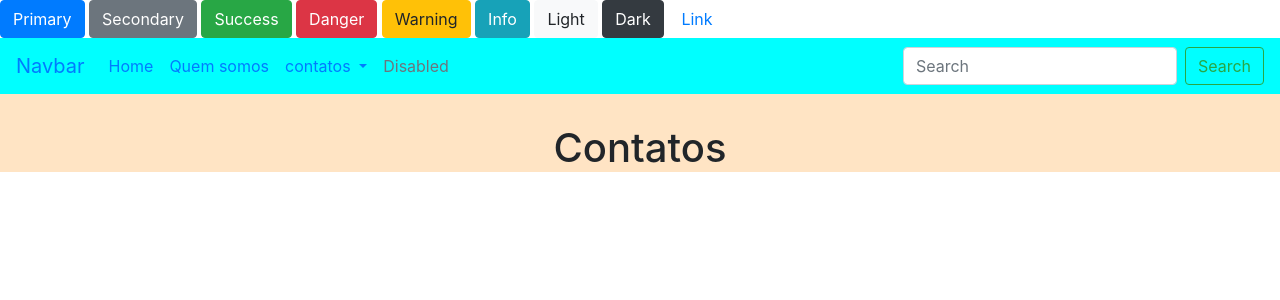
Repository: DaniloBaracho/bootstrap
Page: index.html
These files come from the project's save history. The page is drawn as it stood at one moment and after the next save; the edit follows.
The browser window is 1280 px wide. The pictures show the whole page.

Above is the page before, as saved 2020-05-31 17:20:58.

### index.html
<!DOCTYPE html>
<html lang="pt-br">
    <head>
        <meta charset="utf-8">
        <title>
            Usando bootstrap
        </title>
        <link rel="stylesheet", type="text/css", href="bootstrap/css/bootstrap.min.css">
        <link rel="stylesheet", type="text/css", href="css/style.css">
    </head>
    <body>
        <button type="button" class="btn btn-primary">Primary</button>
        <button type="button" class="btn btn-secondary">Secondary</button>
        <button type="button" class="btn btn-success">Success</button>
        <button type="button" class="btn btn-danger">Danger</button>
        <button type="button" class="btn btn-warning">Warning</button>
        <button type="button" class="btn btn-info">Info</button>
        <button type="button" class="btn btn-light">Light</button>
        <button type="button" class="btn btn-dark">Dark</button>
        <button type="button" class="btn btn-link">Link</button>
        <nav class="navbar navbar-expand-lg">
            <a class="navbar-brand" href="#">Navbar</a>
            <button class="navbar-toggler" type="button" data-toggle="collapse" data-target="#navbarSupportedContent" aria-controls="navbarSupportedContent" aria-expanded="false" aria-label="Toggle navigation">
              <span class="navbar-toggler-icon"></span>
            </button>

            <div class="collapse navbar-collapse" id="navbarSupportedContent">
              <ul class="navbar-nav mr-auto">
                <li class="nav-item active">
                  <a class="nav-link" href="#">Home <span class="sr-only">(current)</span></a>
                </li>
                <li class="nav-item">
                  <a class="nav-link" href="#">Quem somos</a>
                </li>
                <li class="nav-item dropdown">
                  <a class="nav-link dropdown-toggle" href="contatos" id="navbarDropdown" role="button" data-toggle="dropdown" aria-haspopup="true" aria-expanded="false">
                    contatos
                  </a>
                  <div class="dropdown-menu" aria-labelledby="navbarDropdown">
                    <a class="dropdown-item" href="#">Parceiros</a>
                    <a class="dropdown-item" href="#">Serviços</a>
                    <div class="dropdown-divider"></div>
                    <a class="dropdown-item" href="#">Something else here</a>
                  </div>
                </li>
                <li class="nav-item">
                  <a class="nav-link disabled" href="#" tabindex="-1" aria-disabled="true">Disabled</a>
                </li>
              </ul>
              <form class="form-inline my-2 my-lg-0">
                <input class="form-control mr-sm-2" type="search" placeholder="Search" aria-label="Search">
                <button class="btn btn-outline-success my-2 my-sm-0" type="submit">Search</button>
              </form>
            </div>
          </nav>
        <section id="contato">
          <div class="container-fluid contatos text-center margin">
            <h1>Contatos</h1>
          </div>
        </section>
    </body>
</html>

### css/style.css
.navbar{
    background-color: aqua;
}
.contatos{
    background-color: bisque;
}
.margin{
     padding-top: 30px;
     /*margin-top: 30px*/
}

Loaded but not shown: bootstrap/css/bootstrap.min.css (library)

After the next save:
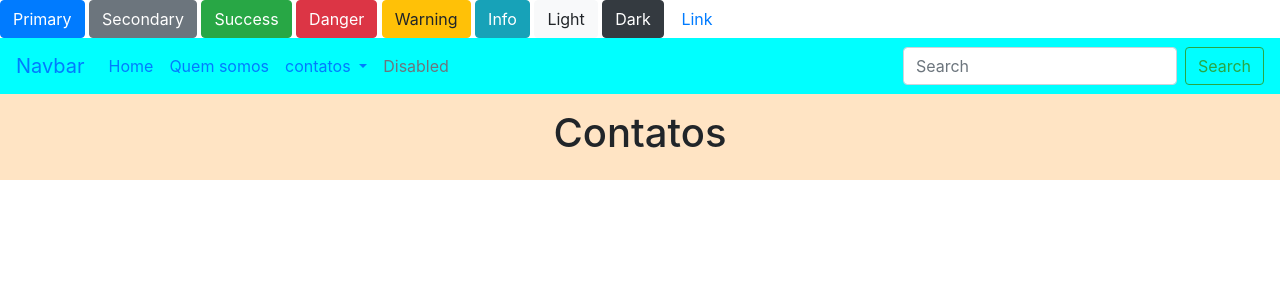
Saved 26 s later.
--- a/css/style.css
+++ b/css/style.css
@@ -5,6 +5,7 @@
     background-color: bisque;
 }
 .margin{
-     padding-top: 30px;
+     padding-top: 15px;
+     padding-bottom: 15px;
      /*margin-top: 30px*/
 }
